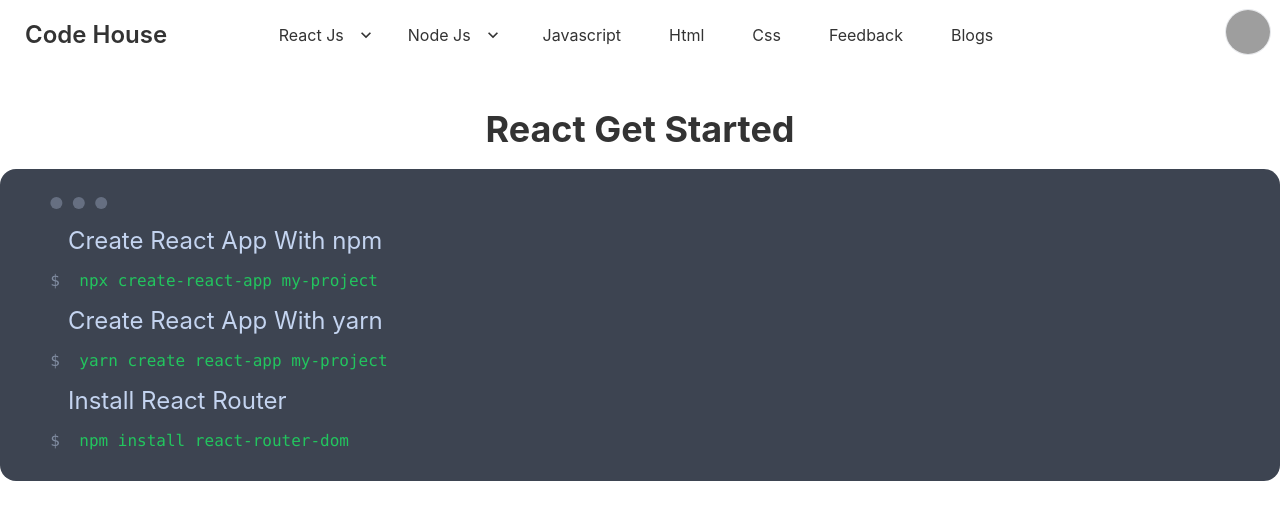
Repository: mdtamizuddin/code-house-client
Page: /react
These files come from the project's save history. The page is drawn as it stood at one moment and after the next save; the edit follows.
The browser window is 1280 px wide. The pictures show the whole page.
Pictures or frames that could not be fetched are drawn as grey boxes. The page's requests for data from a server got no answer. The project was rebuilt for these pictures with package versions that can differ from the ones it lists, and the page was loaded fresh each time. No one was signed in, and anything a server would have sent is missing. Also part of the build but not shown: src/Hook/useDate.js, src/Components/Home/Home.js, src/Components/Nodejs/Mongodb.js, src/Components/Nodejs/NodeJs.js, src/Components/React/Tailwind/TailwindReact.js, src/Components/Nodejs/Nodemailer.js, src/Components/Login/Social.js, src/Components/Login/Login.js and 8 more.

Above is the page before, as saved 2022-05-28 04:18:04.

### src/Components/Navbar.js
import { signOut } from 'firebase/auth'
import React from 'react'
import { useAuthState } from 'react-firebase-hooks/auth'
import { Link, NavLink } from 'react-router-dom'
import auth from './Firebase/firebase.init'
import Loading from './Loading/Loading'

const Navbar = () => {
    const [user, loading] = useAuthState(auth)

    if (loading) {
        return <Loading />
    }
    return (
        <div className='container mx-auto'>
            <div className="navbar bg-base-100">
                <div className="navbar-start">
                    <div className="dropdown">
                        <label tabIndex={0} className="btn btn-ghost lg:hidden">
                            <svg xmlns="http://www.w3.org/2000/svg" className="h-5 w-5" fill="none" viewBox="0 0 24 24" stroke="currentColor"><path strokeLinecap="round" strokeLinejoin="round" strokeWidth={2} d="M4 6h16M4 12h8m-8 6h16" /></svg>
                        </label>
                        <ul tabIndex={0} className="menu menu-compact dropdown-content mt-3 p-2 shadow bg-base-100 rounded-box w-52">
                            <Navigations />
                        </ul>
                    </div>
                    <Link to='/' className="btn btn-ghost normal-case text-2xl">Code House</Link>
                </div>
                <div className="navbar-center hidden lg:flex">
                    <ul className="menu menu-horizontal p-0">
                        <Navigations />
                    </ul>
                </div>
                <div className="navbar-end">
                    <div className="dropdown dropdown-end">
                        <label tabIndex={0} className="btn btn-ghost btn-circle avatar">
                            <div className="w-24 rounded-full border ">
                                <img className='w-full' src={user ?
                                    user.photoURL
                                    : 'https://www.pngitem.com/pimgs/m/236-2369728_unknown-person-hd-png-download.png'} alt='imageddf' />
                            </div>
                        </label>
                        <ul tabIndex={0} className="menu menu-compact dropdown-content mt-3 p-2 shadow bg-base-100 rounded-box w-52">
                            <li>
                                <button className="justify-between">
                                    Profile
                                    <span className="badge">New</span>
                                </button>
                            </li>
                            <li><button>Settings</button></li>
                            {
                                user ?
                                    <li><button onClick={() => {
                                        signOut(auth)
                                        localStorage.removeItem('accessToken')
                                    }}>Log Out</button></li>
                                    :
                                    <li><Link to='/login'>Login</Link></li>
                            }
                        </ul>
                    </div>
                </div>

            </div>

        </div>
    )
}

export default Navbar

const Navigations = () => {
    const [user, loading] = useAuthState(auth)

    if (loading) {
        return <Loading />
    }
    return (
        <>
            <li tabIndex="1">
                <Link to='/react'>
                    React Js
                    <svg className="fill-current" xmlns="http://www.w3.org/2000/svg" width="20" height="20" viewBox="0 0 24 24"><path d="M7.41,8.58L12,13.17L16.59,8.58L18,10L12,16L6,10L7.41,8.58Z" /></svg>
                </Link>
                <ul className="p-2 bg-base-200 z-20">
                    <li>
                        <Link to='/react'>Get Started With React</Link>
                    </li>
                    <li>
                    <Link to='/react/tailwind'>Tailwind With Daisyui</Link>
                    </li>
                    <li>
                    <Link to='/tailwind/rady-conponent'>Tailwind Rady Component</Link>
                    </li>

                </ul>
            </li>
            <li tabIndex="0">
                <Link to='/node'>
                    Node Js
                    <svg className="fill-current" xmlns="http://www.w3.org/2000/svg" width="20" height="20" viewBox="0 0 24 24"><path d="M7.41,8.58L12,13.17L16.59,8.58L18,10L12,16L6,10L7.41,8.58Z" /></svg>
                </Link>
                <ul className="p-2 bg-base-200 z-20">
                    <li>
                        <Link to='/node'>Express</Link>
                        <Link to='/node/mongodb'>Mongodb</Link>
                        <Link to='/node/mongoose'>Mongoose</Link>
                        <Link to='/node/nodemailer'>Node Mailer</Link>
                    </li>

                </ul>
            </li>
            <li className='mx-2'><NavLink to='/javascript'>Javascript</NavLink></li>
            <li className='mx-2'><NavLink to='/html'>Html</NavLink></li>
            <li className='mx-2'><NavLink to='/css'>Css</NavLink></li>
            <li className='mx-2'><NavLink to='/feedback'>Feedback</NavLink></li>
            {/* <li className='mx-2'><NavLink to='/codemirroe'>Code Mirror</NavLink></li> */}
            {user && <li className='mx-2'><NavLink to='/feedback'>FeedBack</NavLink></li>}
            <li className='mx-2'><NavLink to='/blogs'>Blogs</NavLink></li>
        </>
    )
}

### src/Components/React/ReactJs.js
import React, { useState } from 'react'
import useUser from '../../Hook/useUser'
import { toast } from 'react-toastify'
import CodeMirror from "@uiw/react-codemirror";
import { javascript } from "@codemirror/lang-javascript";
import { oneDark } from "@codemirror/theme-one-dark";
import Loading from '../Loading/Loading';
import { useQuery } from 'react-query';
import { Link } from 'react-router-dom';

const ReactJs = () => {
  return (
    <div>
      <h1 className='text-4xl font-bold text-center mt-10 my-5'>React Get Started</h1>
      <div className="mockup-code p-7">
        <h1 className='text-left my-3 ml-10 text-2xl'>Create React App With npm</h1>
        <pre data-prefix="$"><code className='text-green-500'>npx create-react-app my-project</code></pre>
        <h1 className='text-left my-3 ml-10 text-2xl'>Create React App With yarn</h1>
        <pre data-prefix="$"><code className='text-green-500'>yarn create react-app my-project</code></pre>

        <h1 className='text-left my-3 ml-10 text-2xl'>Install React Router</h1>
        <pre data-prefix="$"><code className='text-green-500'>npm install react-router-dom</code></pre>
      </div>
    </div>
  )
}

export default ReactJs

### src/Components/Firebase/firebase.init.js
import { initializeApp } from "firebase/app";
import { getAuth } from "firebase/auth";

const firebaseConfig = {
  apiKey: "AIzaSyAdDlCSxdz6dpmoeSM11kxxMuI6LuM0Tyc",
  authDomain: "code-house-edbb3.firebaseapp.com",
  projectId: "code-house-edbb3",
  storageBucket: "code-house-edbb3.appspot.com",
  messagingSenderId: "172388795452",
  appId: "1:172388795452:web:4b3dfb936bfb018861af39",
  measurementId: "G-8FPQ22Y60Z"
};

// Initialize Firebase
const app = initializeApp(firebaseConfig);

const auth = getAuth(app)

export default auth

### src/Components/Loading/Loading.js
import React from 'react'
import loader from './loader.gif'
const Loading = () => {
  return (
    <div className='flex justify-center'>
        {
            <img className='w-full max-w-xs' src={loader} alt="" />
        }
    </div>
  )
}

export default Loading

### tailwind.config.js
module.exports = {
  content: ["./src/**/*.{html,js}"],
  daisyui: {
    themes: [
      {
        mytheme: {

          "primary": "#570DF8",

          "secondary": "#0B55E9",

          "accent": "#00FFFF",

          "neutral": "#3D4451",

          "base-100": "#FFFFFF",

          "info": "#3ABFF8",

          "success": "#36D399",

          "warning": "#FBBD23",

          "error": "#F87272",
        },
      },
    ],
  },
  plugins: [require("daisyui")],
}

### src/Hook/useUser.js
import { useState } from 'react';
import { useAuthState } from 'react-firebase-hooks/auth';
import { useQuery } from 'react-query'
import auth from '../Components/Firebase/firebase.init'
import Loading from '../Components/Loading/Loading';
const useUser = () => {
    const [user] = useAuthState(auth);
    const [currentUser, setcurrentUser] = useState({role : "am-public"})
    const { isLoading } = useQuery(['current-user', user], () => {
        if (user) {
            fetch(`https://code-house.vercel.app/users/${user.email}`,{
                method: 'get',
                headers :{
                    auth : localStorage.getItem('accessToken')
                }
            }).then(res => res.json()
            ).then(data => setcurrentUser(data))
        }
    }
    )
    if (isLoading) {
        return <Loading />
    }
    return currentUser
}

export default useUser

Loaded but not shown: public/index.html (common file); src/index.js (common file); src/index.css (common file); src/App.js (common file); src/reportWebVitals.js (common file); src/App.css (common file)

After the next save:
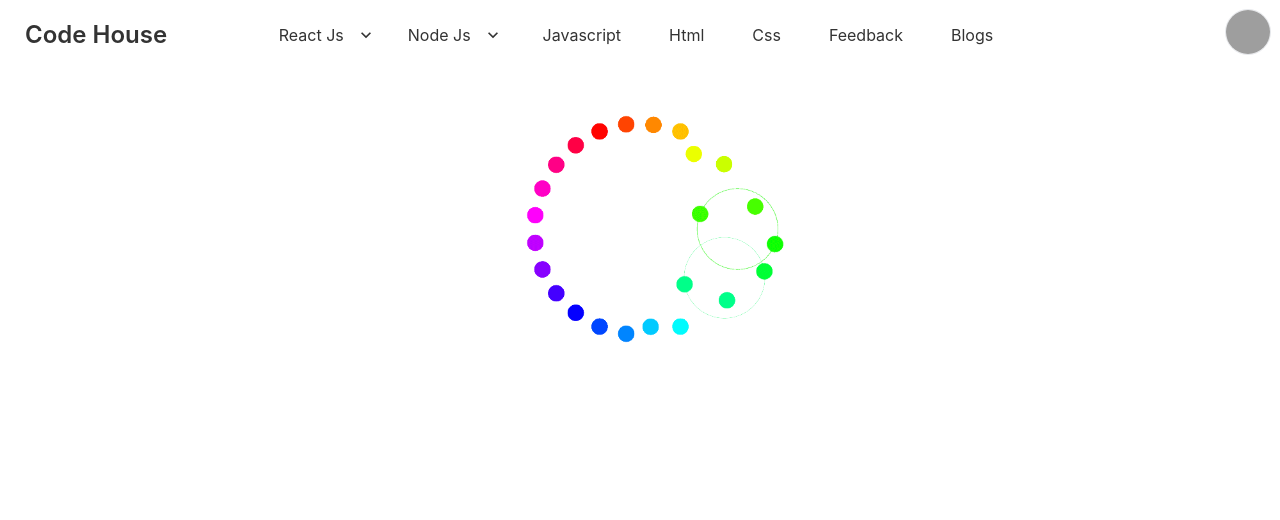
Saved 21 s later.
--- a/src/Components/React/ReactJs.js
+++ b/src/Components/React/ReactJs.js
@@ -9,6 +9,17 @@ import { useQuery } from 'react-query';
 import { Link } from 'react-router-dom';
 
 const ReactJs = () => {
+  const currentUser = useUser()
+  const [searchValue, setValue] = useState('')
+  const { isLoading, data, refetch } = useQuery(['mongodb-codes'], () =>
+    fetch('https://code-house-server.vercel.app/mongodb').then(res =>
+      res.json()
+    )
+  )
+  if (isLoading) {
+    return <Loading />
+  }
+
   return (
     <div>
       <h1 className='text-4xl font-bold text-center mt-10 my-5'>React Get Started</h1>
